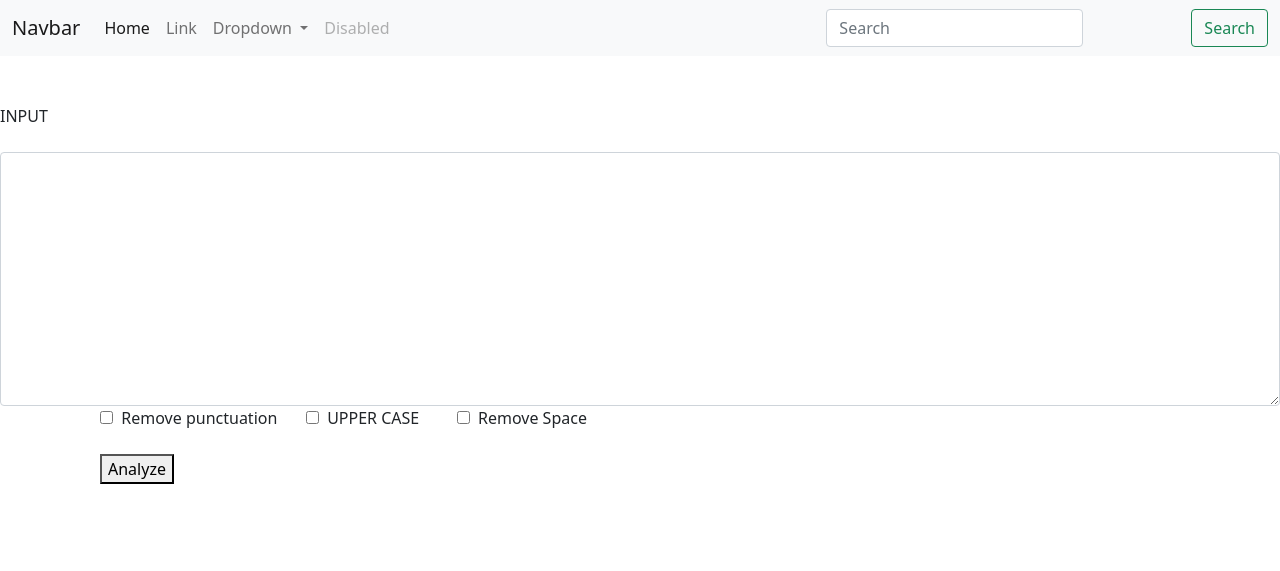
Repository: thenameisshreyank/Textutility
Page: http://localhost/
The author's editor kept a copy of each file at every save. The page is drawn from the files as they stood at one save, then again after the next save.
The browser window is 1280 px wide. The pictures show the whole page.
The page is served by the project's application, run on Django 4.2 (manage.py). Other server files are loaded and not shown.

Above is the page before, as saved 2022-04-15 09:07:16.

### templates/index.html
<!DOCTYPE html>
<html lang="en">
<head>
    <meta charset="UTF-8">
    <meta http-equiv="X-UA-Compatible" content="IE=edge">
    <meta name="viewport" content="width=device-width, initial-scale=1.0">
    <!-- CSS only -->
<link href="https://cdn.jsdelivr.net/npm/bootstrap@5.1.3/dist/css/bootstrap.min.css" rel="stylesheet" integrity="sha384-1BmE4kWBq78iYhFldvKuhfTAU6auU8tT94WrHftjDbrCEXSU1oBoqyl2QvZ6jIW3" crossorigin="anonymous">
    <title>Document</title>
    <style>
      #text{
        margin-left: 100px;
        width: 80%;
        margin-right:100px;
      }
      #rf{
        margin-left: 100px;


      }
      button{
        margin-left: 100px;
      }

    </style>
</head>
<body>
    <nav class="navbar navbar-expand-lg navbar-light bg-light">
        <div class="container-fluid">
          <a class="navbar-brand" href="https://getbootstrap.com/">Navbar</a>
          <button class="navbar-toggler" type="button" data-bs-toggle="collapse" data-bs-target="#navbarSupportedContent" aria-controls="navbarSupportedContent" aria-expanded="false" aria-label="Toggle navigation">
            <span class="navbar-toggler-icon"></span>
          </button>
          <div class="collapse navbar-collapse" id="navbarSupportedContent">
            <ul class="navbar-nav me-auto mb-2 mb-lg-0">
              <li class="nav-item">
                <a class="nav-link active" aria-current="page" href="#">Home</a>
              </li>
              <li class="nav-item">
                <a class="nav-link" href="#">Link</a>
              </li>
              <li class="nav-item dropdown">
                <a class="nav-link dropdown-toggle" href="#" id="navbarDropdown" role="button" data-bs-toggle="dropdown" aria-expanded="false">
                  Dropdown
                </a>
                <ul class="dropdown-menu" aria-labelledby="navbarDropdown">
                  <li><a class="dropdown-item" href="#">Action</a></li>
                  <li><a class="dropdown-item" href="#">Another action</a></li>
                  <li><hr class="dropdown-divider"></li>
                  <li><a class="dropdown-item" href="#">Something else here</a></li>
                </ul>
              </li>
              <li class="nav-item">
                <a class="nav-link disabled">Disabled</a>
              </li>
            </ul>
            <form class="d-flex">
              <input class="form-control me-2" type="search" placeholder="Search" aria-label="Search">
              <button class="btn btn-outline-success" type="submit">Search</button>
            </form>
          </div>
        </div>
      </nav><br><br>
      <form action="analyze" method="get">
        <div class="form-group">
          <label for="exampleFormControlTextarea1">INPUT</label><br><br>
          <textarea class="form-control" id="textarea" rows="10" cols="5"></textarea>
        </div>
        <input type="checkbox" id="rf" name="rf" value="true">&nbsp;&nbsp;Remove punctuation&nbsp;&nbsp;&emsp;
        <input type="checkbox" id="upper" name="upper" value="true">&nbsp;&nbsp;UPPER CASE&nbsp;&nbsp;&nbsp;&nbsp;&nbsp;&nbsp;&nbsp;&nbsp;
        <input type="checkbox" id="space" name="space" value="true">&nbsp;&nbsp;Remove Space&nbsp;&nbsp;
        <br><br><button type="submit" id="analyze">Analyze</button>
      </form>
</body>
</html>

### c1/views.py

from django.http import HttpResponse
from django.shortcuts import render

from django.http import HttpResponse
# Create your views here.

def nav(request):
    return render(request,"index.html")

def analyze(request):
    rawtext=request.GET.get('text')
    pun=request.GET.get('rf')
    uc=request.GET.get('upper')
    space=request.GET.get('space')
    answer=""
    ans1=""
    if pun=='true':
        punctuation='''!@#$%^&*()_;+<>?/~`'''
        for x in rawtext:
            if x not in punctuation:
             answer=answer+x
    else:
        answer=rawtext
    if uc=="true":
        # for ch in rawtext:
        answer=answer.upper()

    if space=="true":
        for ch in answer:
            if ch==" ":
                pass
            else:
                ans1=ans1+ch
        answer=ans1
    return render(request,'analyze.html',{'ans':answer})

### c/urls.py
"""c URL Configuration

The `urlpatterns` list routes URLs to views. For more information please see:
    https://docs.djangoproject.com/en/4.0/topics/http/urls/
Examples:
Function views
    1. Add an import:  from my_app import views
    2. Add a URL to urlpatterns:  path('', views.home, name='home')
Class-based views
    1. Add an import:  from other_app.views import Home
    2. Add a URL to urlpatterns:  path('', Home.as_view(), name='home')
Including another URLconf
    1. Import the include() function: from django.urls import include, path
    2. Add a URL to urlpatterns:  path('blog/', include('blog.urls'))
"""

from django.contrib import admin
from django.urls import include, path

urlpatterns = [
    path('admin/', admin.site.urls),
    path('',include('c1.urls')),
]

### c1/urls.py




from . import views
from django.urls import path


urlpatterns=[
    path('',views.nav),
    path('analyze/',views.analyze),
]

After the next save:
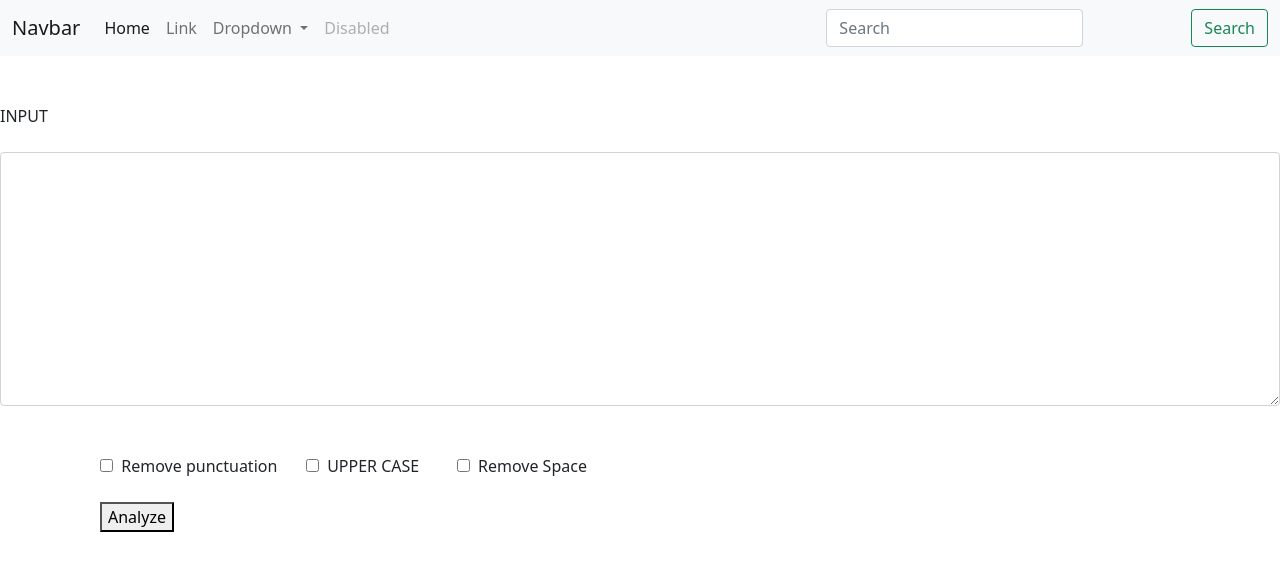
Saved 10 s later.
--- a/templates/index.html
+++ b/templates/index.html
@@ -65,7 +65,7 @@
         <div class="form-group">
           <label for="exampleFormControlTextarea1">INPUT</label><br><br>
           <textarea class="form-control" id="textarea" rows="10" cols="5"></textarea>
-        </div>
+        </div><br><br>
         <input type="checkbox" id="rf" name="rf" value="true">&nbsp;&nbsp;Remove punctuation&nbsp;&nbsp;&emsp;
         <input type="checkbox" id="upper" name="upper" value="true">&nbsp;&nbsp;UPPER CASE&nbsp;&nbsp;&nbsp;&nbsp;&nbsp;&nbsp;&nbsp;&nbsp;
         <input type="checkbox" id="space" name="space" value="true">&nbsp;&nbsp;Remove Space&nbsp;&nbsp;
